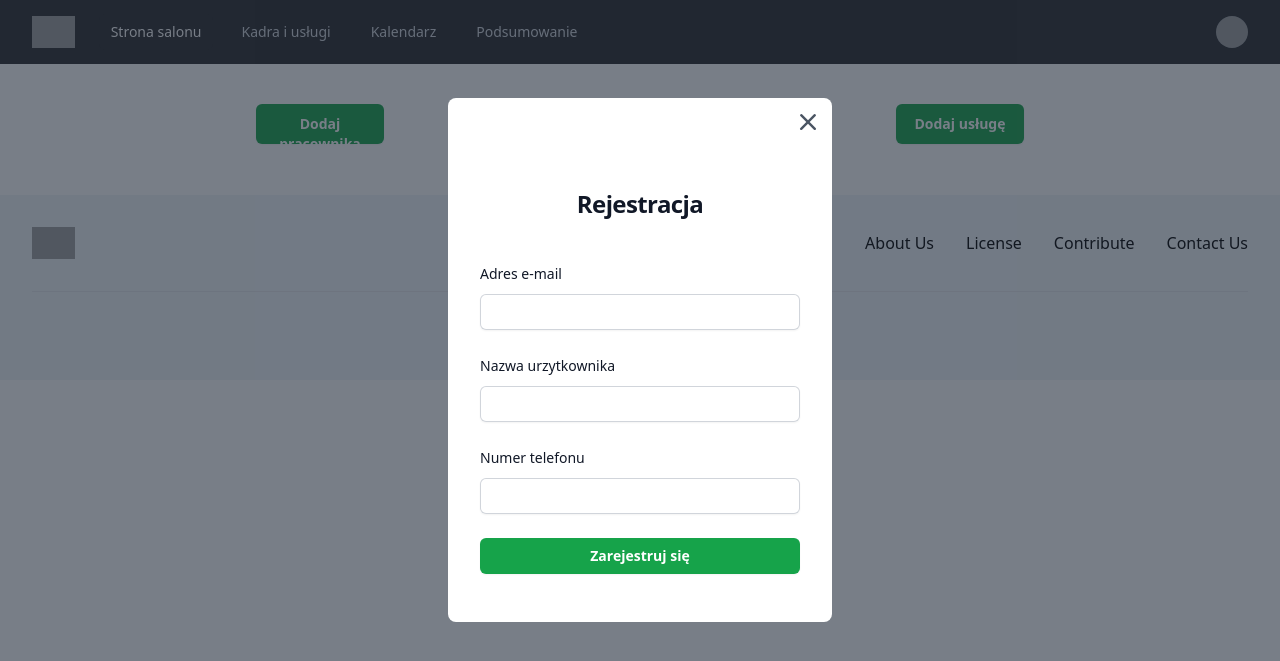
Repository: PrzemyslawJura/my-app
Page: /pracownicy (app in frontend/), after clicking the first element matching `div.gap-x-6 > :nth-child(2)`
An editor plug-in stored every save of this project. The page is shown before and after the next save, followed by the edit.
The browser window is 1280 px wide. The pictures show the whole page.
Pictures or frames that could not be fetched are drawn as grey boxes. The page's requests for data from a server got no answer. The project was rebuilt for these pictures with package versions that can differ from the ones it lists, and the page was loaded fresh each time. No one was signed in, and anything a server would have sent is missing. Also part of the build but not shown: frontend/src/components/Location.jsx, frontend/src/home/Feature.jsx, frontend/src/shared_np_buttony_inputy_kalendarze_itp/PaginationTile.jsx, frontend/src/home/Pagination.jsx, frontend/src/home/Listbox.jsx, frontend/src/home/StepOne.jsx, frontend/src/home/StepTwo.jsx, frontend/src/home/SalonOffer.jsx and 22 more.

Above is the page before, as saved 2023-11-24 13:16:12.

After the next save:
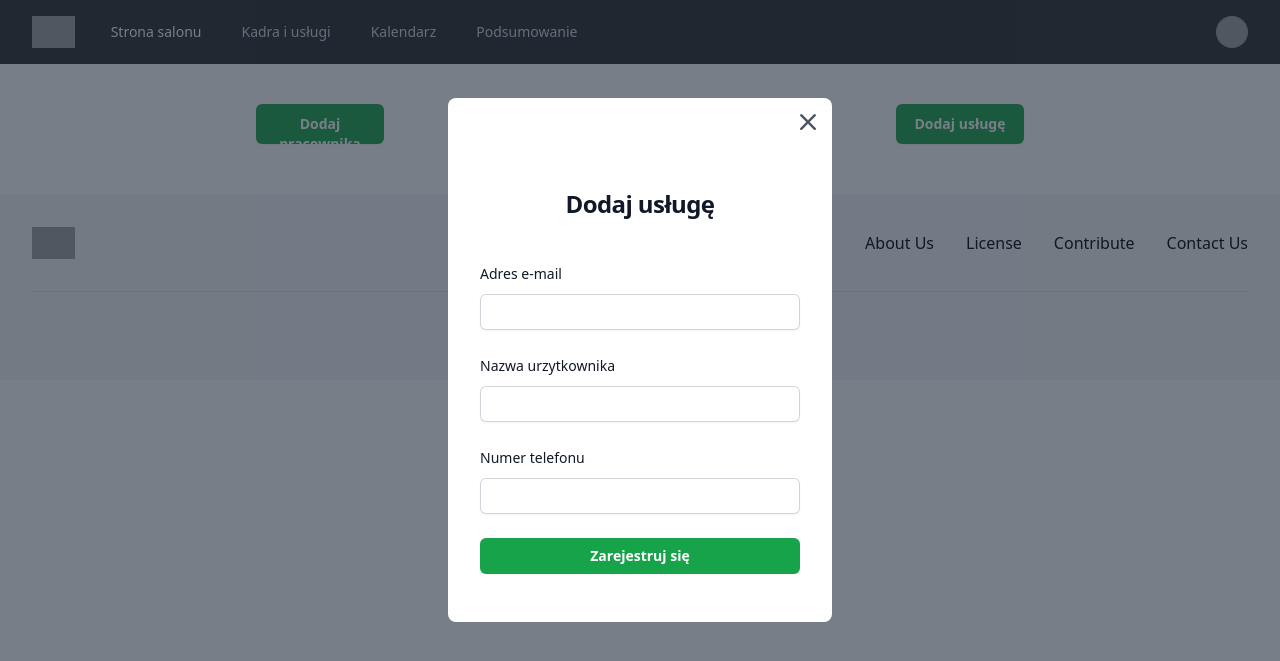
Saved 15 s later.
--- a/frontend/src/biznes/AddService.jsx
+++ b/frontend/src/biznes/AddService.jsx
@@ -58,7 +58,7 @@ const AddService = ({ setIsShown }) => {
                 aria-hidden="true"
               />
             <h2 className="mt-10 text-center text-2xl font-bold leading-9 tracking-tight text-gray-900">
-              Rejestracja
+              Dodaj usługę
             </h2>
           </div>
 
